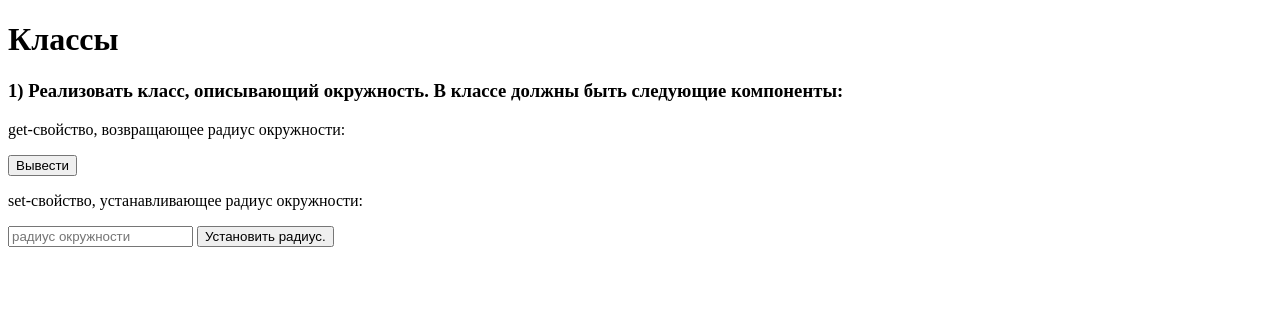
Repository: NastyaGavrilova/Beetroot-js
Page: HW6/index.html
The author's editor kept a copy of each file at every save. The page is drawn from the files as they stood at one save, then again after the next save.
The browser window is 1280 px wide. The pictures show the whole page.

Above is the page before, as saved 2021-10-24 17:14:45.
Console error (its wording comes from the project's code and is left out).

### HW6/index.html
<!DOCTYPE html>
<html lang="en">
  <head>
    <meta charset="UTF-8" />
    <meta http-equiv="X-UA-Compatible" content="IE=edge" />
    <meta name="viewport" content="width=device-width, initial-scale=1.0" />
    <title>Classes</title>
  </head>
  <body>
    <h1>Классы</h1>
    <section class="c-task1">
      <div class="c-task1__wrapper">
        <div class="c-task1__title">
          <h3 class="e-title">
            1) Реализовать класс, описывающий окружность. В классе должны быть
            следующие компоненты:
          </h3>
        </div>
        <div class="-task1__paragraph">
          <p class="e-paragraph">
            get-свойство, возвращающее радиус окружности:
            <span id="js-task1-span1"></span>
          </p>
        </div>
        <button id="js-task1-btn1">Вывести</button>
        <div class="-task1__paragraph">
          <p class="e-paragraph">
            set-свойство, устанавливающее радиус окружности:
            <span id="js-task1-span2"></span>
          </p>
        </div>
        <form action="#" class="c-task1__form" method="get">
          <div class="c-form__wrapper">
            <input
              type="number"
              id="js-task1-input1"
              placeholder="радиус окружности"
            />
            <button id="js-task1-btn2">Установить радиус.</button>
          </div>
        </form>
      </div>
    </section>

    <script src="./js/circle.js"></script>
  </body>
</html>

### HW6/js/circle.js
class Circle {
  constructor(radius) {
    this.radius = radius;
  }

  get showRadius() {
    return `Радиус = ${this.radius}`;
  }

  set showRadius(newValue) {
    this.radius = newValue;
  }

  get showDiametr(spanEl) {
    return spanEl.innerHTML =  `Диаметр = ${this.radius * 2}`;
  }

  squareCircle(spanEl) {
    let square = Math.PI * Math.pow(this.radius, 2);
    return (spanEl.innerHTML = `Площадь круга = ${square}`);
  }
  lengthCircle(spanEl) {
    let lenCircle = 2 * Math.PI * this.radius;
    return (spanEl.innerHTML = `Длина окружности = ${lenCircle}`);
  }
}

let circle = new Circle(4);
let getRadius = document.getElementById("js-task1-btn1");
getRadius.addEventListener("click", (e) => {
  e.preventDefault();
  let result = document.getElementById("js-task1-span1");
  return (result.innerHTML = circle.showRadius);
});

let setRadius = document.getElementById("js-task1-btn2");
setRadius.addEventListener("click", (e) => {
  e.preventDefault();
  let result = document.getElementById("js-task1-span2");
  let setR = document.getElementById("js-task1-input1");
  circle.showRadius = +setR.value;
  return (result.innerHTML = circle.showRadius);
});

After the next save:
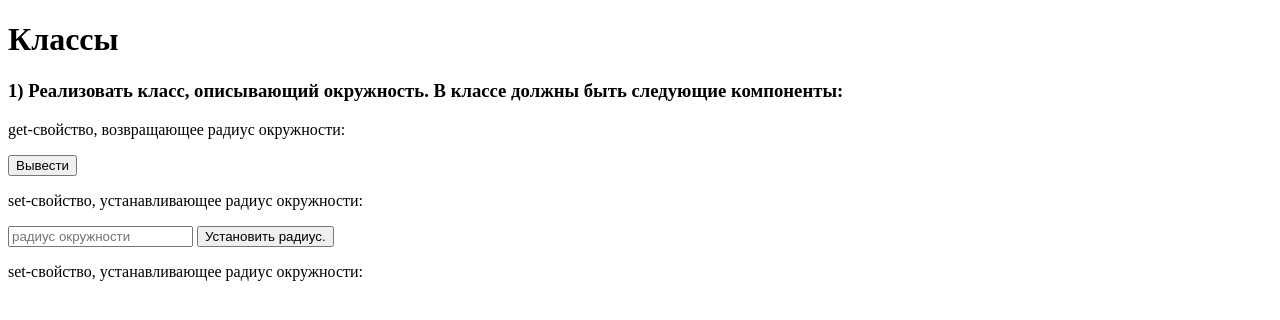
Saved 24 s later.
--- a/HW6/index.html
+++ b/HW6/index.html
@@ -39,6 +39,12 @@
             <button id="js-task1-btn2">Установить радиус.</button>
           </div>
         </form>
+        <div class="-task1__paragraph">
+          <p class="e-paragraph">
+            set-свойство, устанавливающее радиус окружности:
+            <span id="js-task1-span3"></span>
+          </p>
+        </div>
       </div>
     </section>
 
